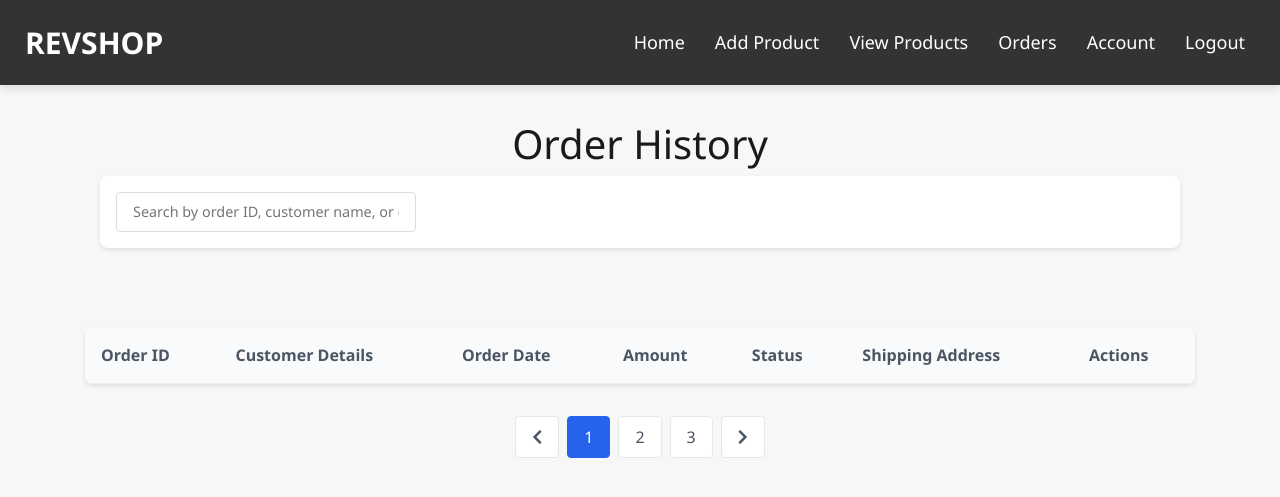
Repository: srikanth805/RevShopP2_Ecommerce
Page: http://localhost/orderHistoryForSeller
These files come from the project's save history. The page is drawn as it stood at one moment and after the next save; the edit follows.
The browser window is 1280 px wide. The pictures show the whole page.
The page is this project's Thymeleaf template; nobody is signed in. The template is opened directly, without the code that normally fills it, so the values that code supplies are empty.

Above is the page before, as saved 2024-10-21 08:06:19.

### client-app/src/main/resources/templates/orderHistoryForSeller.html
<!DOCTYPE html>
<html xmlns:th="http://www.thymeleaf.org">
<head>
    <title>Order History</title>
    <link href="https://cdnjs.cloudflare.com/ajax/libs/font-awesome/6.0.0/css/all.min.css" rel="stylesheet">
    <style>
        * {
            margin: 0;
            padding: 0;
            box-sizing: border-box;
            font-family: 'Segoe UI', system-ui, sans-serif;
        }

        body {
            background: #f0f2f5;
            padding: 2rem;
        }

        .container {
            max-width: 1200px;
            margin: 0 auto;
        }

        .header {
            margin-bottom: 2rem;
        }

        h1 {
            color: #1a1a1a;
            margin-bottom: 1rem;
        }

        .filters {
            background: white;
            padding: 1rem;
            border-radius: 8px;
            box-shadow: 0 2px 4px rgba(0, 0, 0, 0.1);
            margin-bottom: 2rem;
            display: flex;
            gap: 1rem;
            align-items: center;
        }

        .search-input {
            padding: 0.5rem 1rem;
            border: 1px solid #ddd;
            border-radius: 4px;
            width: 300px;
            font-size: 0.9rem;
        }

        .search-input:focus {
            outline: none;
            border-color: #2563eb;
            box-shadow: 0 0 0 2px rgba(37, 99, 235, 0.1);
        }

        .orders-table {
            background: white;
            border-radius: 8px;
            box-shadow: 0 2px 4px rgba(0, 0, 0, 0.1);
            overflow: hidden;
        }

        table {
            width: 100%;
            border-collapse: collapse;
        }

        th, td {
            padding: 1rem;
            text-align: left;
            border-bottom: 1px solid #eee;
        }

        th {
            background: #f8fafc;
            font-weight: 600;
            color: #4b5563;
        }

        tbody tr {
            transition: background-color 0.2s ease;
        }

        tbody tr:hover {
            background-color: #f8fafc;
        }

        .user-info {
            display: flex;
            align-items: center;
            gap: 0.5rem;
        }

        .user-icon {
            width: 32px;
            height: 32px;
            background: #e5e7eb;
            border-radius: 50%;
            display: flex;
            align-items: center;
            justify-content: center;
            color: #4b5563;
        }

        .user-details {
            display: flex;
            flex-direction: column;
        }

        .user-name {
            font-weight: 500;
            color: #1a1a1a;
        }

        .user-email {
            font-size: 0.85rem;
            color: #6b7280;
        }

        .status {
            padding: 0.5rem 1rem;
            border-radius: 20px;
            font-size: 0.85rem;
            font-weight: 500;
            text-align: center;
            width: fit-content;
        }

        .status-PENDING {
            background: #fef3c7;
            color: #92400e;
        }

        .status-COMPLETED {
            background: #dcfce7;
            color: #166534;
        }

        .status-CANCELLED {
            background: #fee2e2;
            color: #991b1b;
        }

        .amount {
            font-weight: 500;
            color: #1a1a1a;
        }

        .pagination {
            margin-top: 2rem;
            display: flex;
            justify-content: center;
            gap: 0.5rem;
        }

        .page-btn {
            padding: 0.5rem 1rem;
            border: 1px solid #e5e7eb;
            background: white;
            border-radius: 4px;
            cursor: pointer;
            transition: all 0.2s ease;
            color: #4b5563;
        }

        .page-btn:hover {
            background: #f8fafc;
            border-color: #d1d5db;
        }

        .page-btn.active {
            background: #2563eb;
            color: white;
            border-color: #2563eb;
        }

        .actions {
            display: flex;
            gap: 0.5rem;
        }

        .view-btn {
            padding: 0.5rem 1rem;
            background: #2563eb;
            color: white;
            border: none;
            border-radius: 4px;
            cursor: pointer;
            transition: all 0.2s ease;
            font-size: 0.85rem;
            text-decoration: none;
            display: inline-flex;
            align-items: center;
            gap: 0.5rem;
        }

        .view-btn:hover {
            background: #1d4ed8;
        }

        @keyframes fadeIn {
            from { opacity: 0; transform: translateY(10px); }
            to { opacity: 1; transform: translateY(0); }
        }

        tbody tr {
            animation: fadeIn 0.3s ease forwards;
        }
    </style>
</head>
<body>
<div th:include=@{/sellerNav.html}></div>
    <div class="container">
        <div class="header">
            <h1>Order History</h1>
            <div class="filters">
                <input type="text" class="search-input" placeholder="Search by order ID, customer name, or email...">
            </div>
        </div>

        <div class="orders-table">
            <table>
                <thead>
                    <tr>
                        <th>Order ID</th>
                        <th>Customer Details</th>
                        <th>Order Date</th>
                        <th>Amount</th>
                        <th>Status</th>
                        <th>Shipping Address</th>
                        <th>Actions</th>
                    </tr>
                </thead>
                <tbody>
                    <tr th:each="order : ${orders}">
                        <td th:text="${order.orderId}"></td>
                        <td>
                            <div class="user-info">
                                <div class="user-icon">
                                    <i class="fas fa-user"></i>
                                </div>
                                <div class="user-details">
                                    <span class="user-name" th:text="${order.userModel.userName}"></span>
                                    <span class="user-email" th:text="${order.userModel.userEmail}"></span>
                                    <span class="user-phone" th:text="${order.userModel.userMobileNumber}"></span>
                                </div>
                            </div>
                        </td>
                        <td th:text="${order.orderDate}"></td>
                        <td class="amount" th:text="${'₹' + #numbers.formatDecimal(order.totalAmount, 1, 2)}"></td>
                        <td>
                            <span class="status" th:classappend="'status-' + ${order.orderStatus}"
                                  th:text="${order.orderStatus}">
                            </span>
                        </td>
                        <td th:text="${order.shippingAddress}"></td>
                        <td class="actions">
                            <a href="#" class="view-btn">
                                <i class="fas fa-eye"></i>
                                View Details
                            </a>
                        </td>
                    </tr>
                </tbody>
            </table>
        </div>

        <div class="pagination">
            <button class="page-btn"><i class="fas fa-chevron-left"></i></button>
            <button class="page-btn active">1</button>
            <button class="page-btn">2</button>
            <button class="page-btn">3</button>
            <button class="page-btn"><i class="fas fa-chevron-right"></i></button>
        </div>
    </div>
</body>
</html>

### client-app/src/main/resources/templates/sellerNav.html
<!DOCTYPE html>
<html lang="en" xmlns:th="http://www.thymeleaf.org">
<head>
<meta charset="UTF-8">
<meta name="viewport" content="width=device-width, initial-scale=1.0">
<title>Seller Dashboard</title>
<link
	href="https://stackpath.bootstrapcdn.com/bootstrap/4.5.2/css/bootstrap.min.css"
	rel="stylesheet">
<link
	href="https://cdnjs.cloudflare.com/ajax/libs/font-awesome/5.15.3/css/all.min.css"
	rel="stylesheet">
<link
	href="https://fonts.googleapis.com/css2?family=Roboto:wght@300;400;700&display=swap"
	rel="stylesheet">
<style>
body {
	font-family: 'Roboto', sans-serif;
	background-color: #f7f7f7;
	margin: 0;
	padding: 0;
}

.navbar {
	background-color: #333;
	padding: 10px 15px;
	position: -webkit-sticky; /* For Safari */
	position: sticky;
	height: 100%;
	display: flex;
	justify-content: flex-end;
	align-items: center;
	box-shadow: 0 4px 8px rgba(0, 0, 0, 0.1);
	z-index: 1000;
	top: 0;
}

.navbar a {
	color: white;
	text-decoration: none;
	padding: 8px 10px;
	display: flex;
	font-size: 18px;
	font-weight: 500;
	margin-right: 10px;
}

.content {
	margin-top: 80px;
	padding: 20px;
}

.header {
	color: black;
	padding: 15px;
	text-align: center;
	font-size: 40px;
	font-weight: bold;
	margin-top: 20px;
}

.product-list {
	display: flex;
	flex-wrap: wrap;
	gap: 20px;
}

.product-card {
	background-color: white;
	border-radius: 10px;
	padding: 20px;
	width: 250px;
	text-align: center;
	box-shadow: 0 2px 10px rgba(0, 0, 0, 0.1);
	margin-left: 20px;
}

.product-card img {
	max-width: 100%;
	border-radius: 5px;
}

.product-card h5 {
	margin-top: 15px;
	font-size: 18px;
}

.product-card p {
	font-size: 16px;
	color: gray;
}

@media ( max-width : 768px) {
	.navbar {
		flex-direction: column;
	}
	.content {
		padding: 10px;
	}
	.product-card {
		width: 100%;
	}
}

.navbar .logo {
	color: white;
	font-size: 30px;
	font-weight: bold;
	margin-right: auto;
	padding: 10px;
}
</style>
</head>
<body>
	<div class="navbar">
		<div class="logo">REVSHOP</div>
		<a th:href="@{/api/v1/seller}"> Home</a> <a
			th:href="@{/api/v1/addForm}">Add Product</a> <a
			th:href="@{/api/v1/seller/products}">View Products</a> <a
			th:href="@{/api/v1/orders/orderHistory}">Orders</a> <a
			th:href="@{/api/v1/profile}"> Account</a> <a
			th:href="@{/api/v1/login}">Logout</a>
	</div>
	<script src="https://code.jquery.com/jquery-3.5.1.slim.min.js"></script>
	<script
		src="https://cdn.jsdelivr.net/npm/bootstrap@4.5.2/dist/js/bootstrap.bundle.min.js"></script>
</body>
</html>

After the next save:
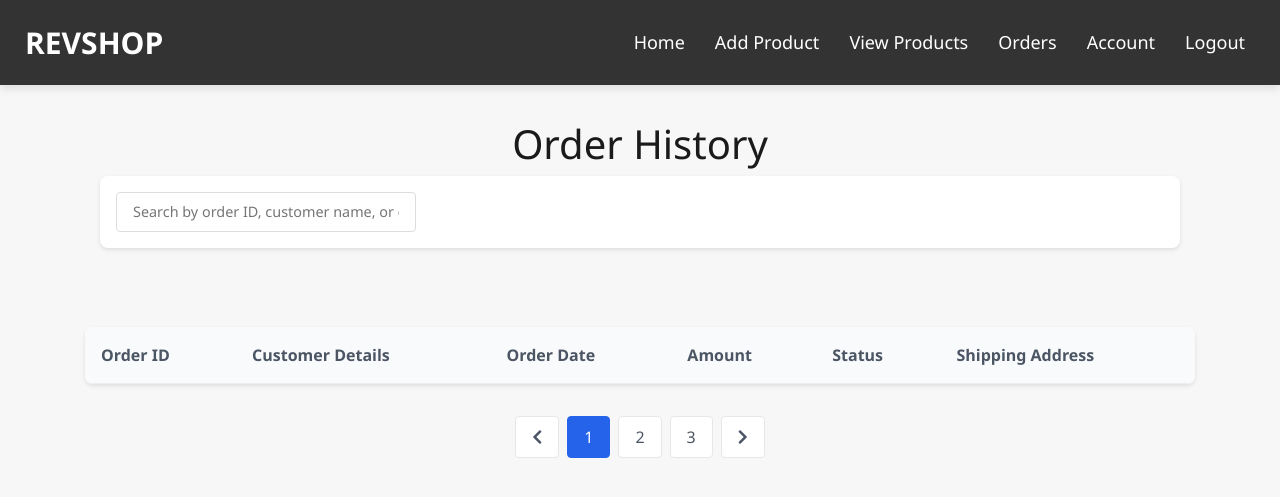
Saved 29 s later.
--- a/client-app/src/main/resources/templates/orderHistoryForSeller.html
+++ b/client-app/src/main/resources/templates/orderHistoryForSeller.html
@@ -230,7 +230,7 @@
                         <th>Amount</th>
                         <th>Status</th>
                         <th>Shipping Address</th>
-                        <th>Actions</th>
+                        <!-- <th>Actions</th> -->
                     </tr>
                 </thead>
                 <tbody>
@@ -256,12 +256,12 @@
                             </span>
                         </td>
                         <td th:text="${order.shippingAddress}"></td>
-                        <td class="actions">
+                        <!-- <td class="actions">
                             <a href="#" class="view-btn">
                                 <i class="fas fa-eye"></i>
                                 View Details
                             </a>
-                        </td>
+                        </td> -->
                     </tr>
                 </tbody>
             </table>
